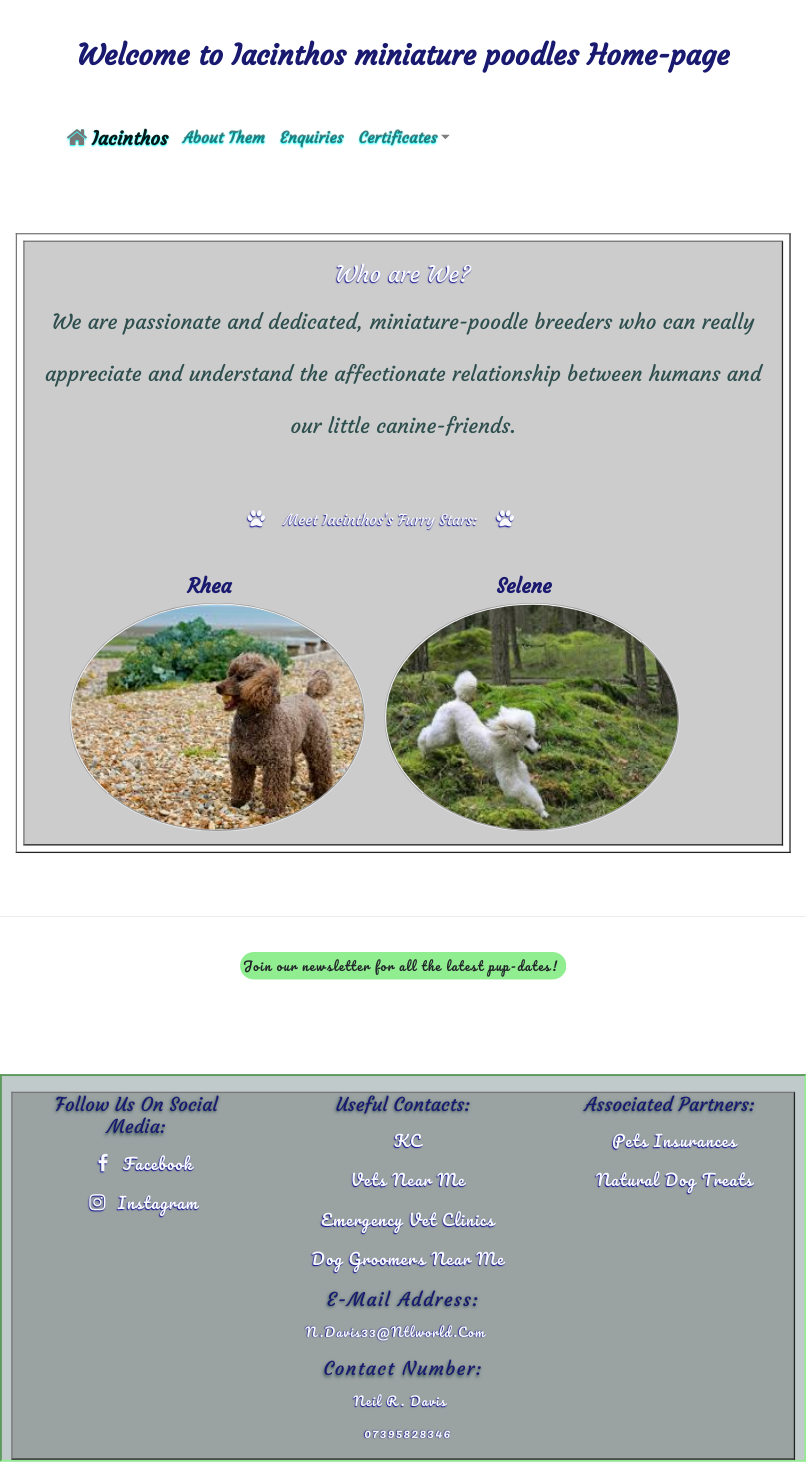
Repository: Code-Institute-Submissions/GeorgiosSklav-Iacinthos-blog
Page: index.html
The author's editor kept a record of every edit. The page is drawn from the files as they stood at one moment, then again after the next edit.
The browser window is 1280 px wide. The pictures show the whole page, at 63% of full size.

Above is the page before.

After the next edit:
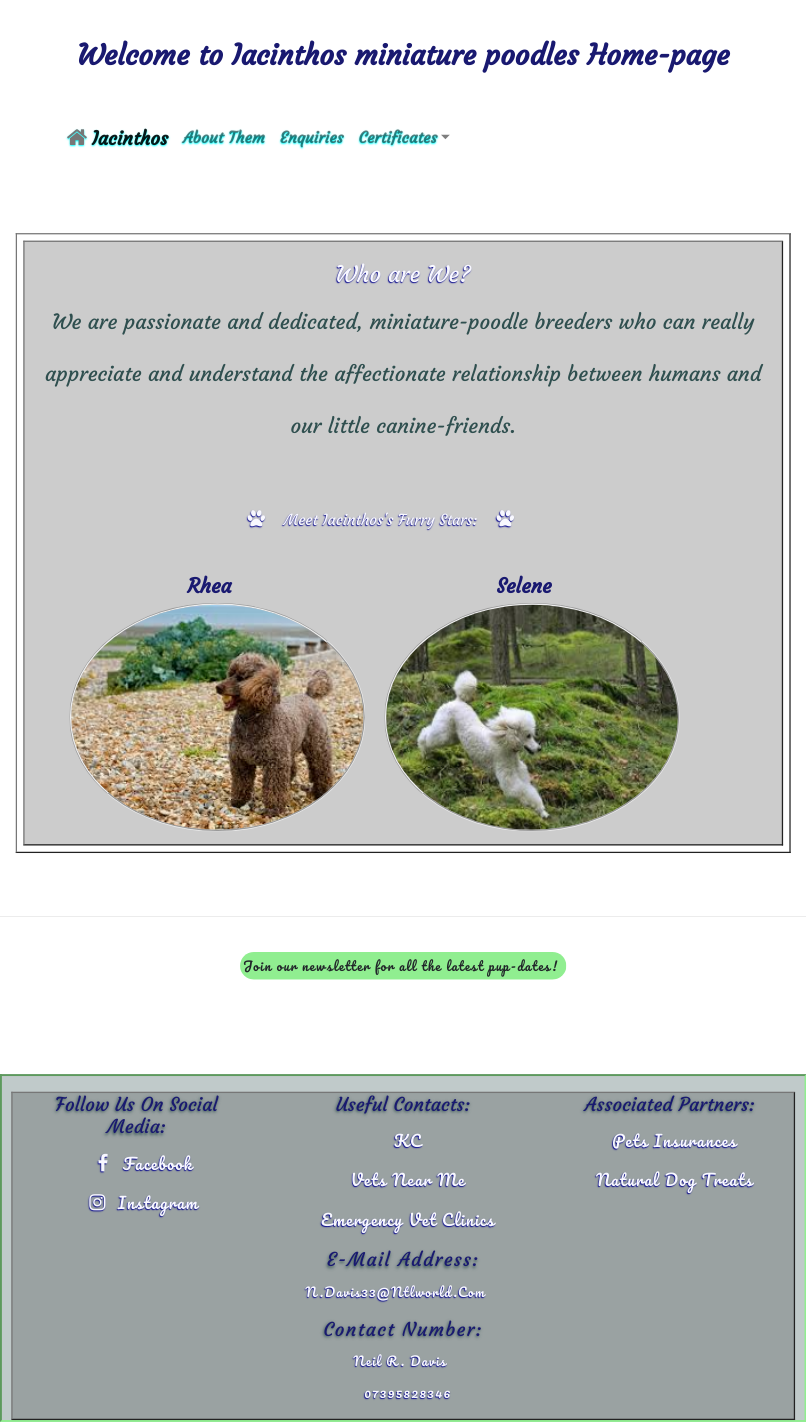
The edit:
--- a/index.html
+++ b/index.html
@@ -148,11 +148,7 @@
                             <span class="capitalise">Emergency vet clinics</span>
                         </a>
                         </li>
-                        <li>
-                            <a target="_blank" href="https://www.google.com/search?q=dog+groomer+near+me&oq=dog+groomer&aqs=chrome.1.69i57j0l5.4790j0j7&sourceid=chrome&ie=UTF-8">
-                            <span class="capitalise">Dog groomers near me</span>
-                        </a>
-                        </li>
+
                     </ul>
                 </div>
                 <div class="col-12 col-md-3 col-lg-3">
